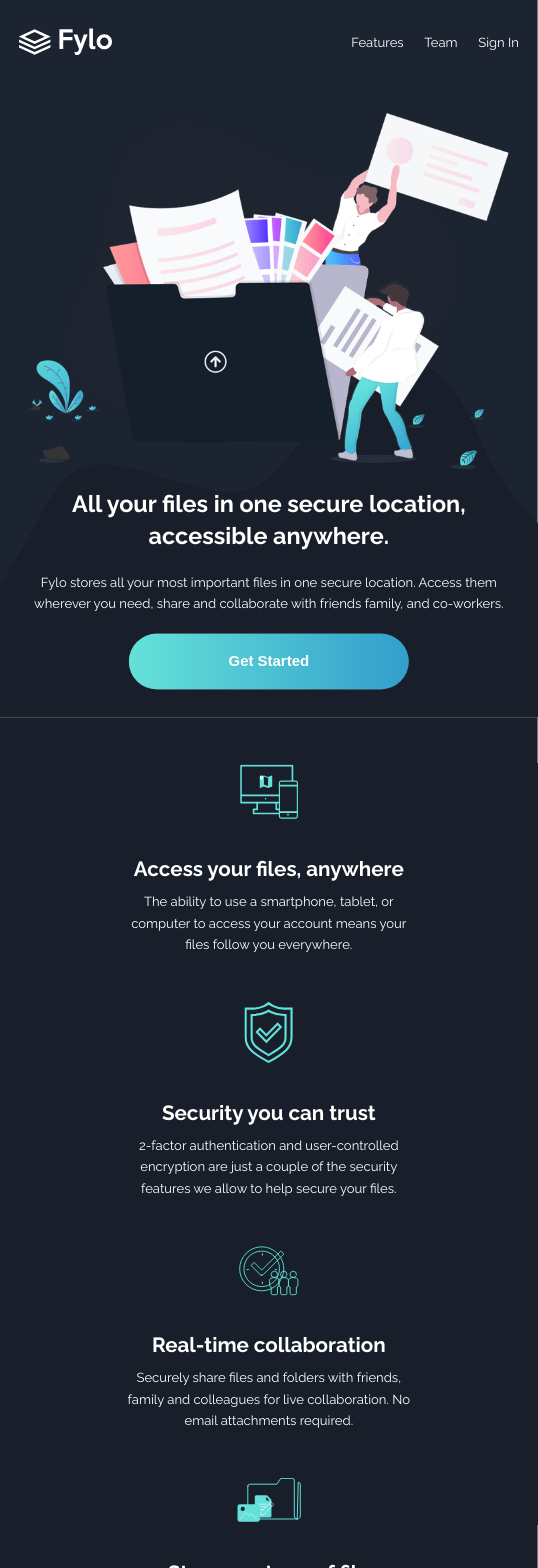
Repository: tomas938/fylo-dark-theme-landing-page-master
Page: index.html
The author's editor kept a copy of each file at every save. The page is drawn from the files as they stood at one save, then again after the next save.
The browser window is 768 px wide. The pictures show the part of the page from y = 0 to 2240 px (the page is 6111 px tall before and 4719 px after), at 70% of full size.
Some web libraries are served in a nearby version. The style sheet was rebuilt from its Sass, Less or Tailwind sources for each picture, by a compiler version that may differ from the author's.

Above is the page before, as saved 2021-08-05 20:13:03.

After the next save:
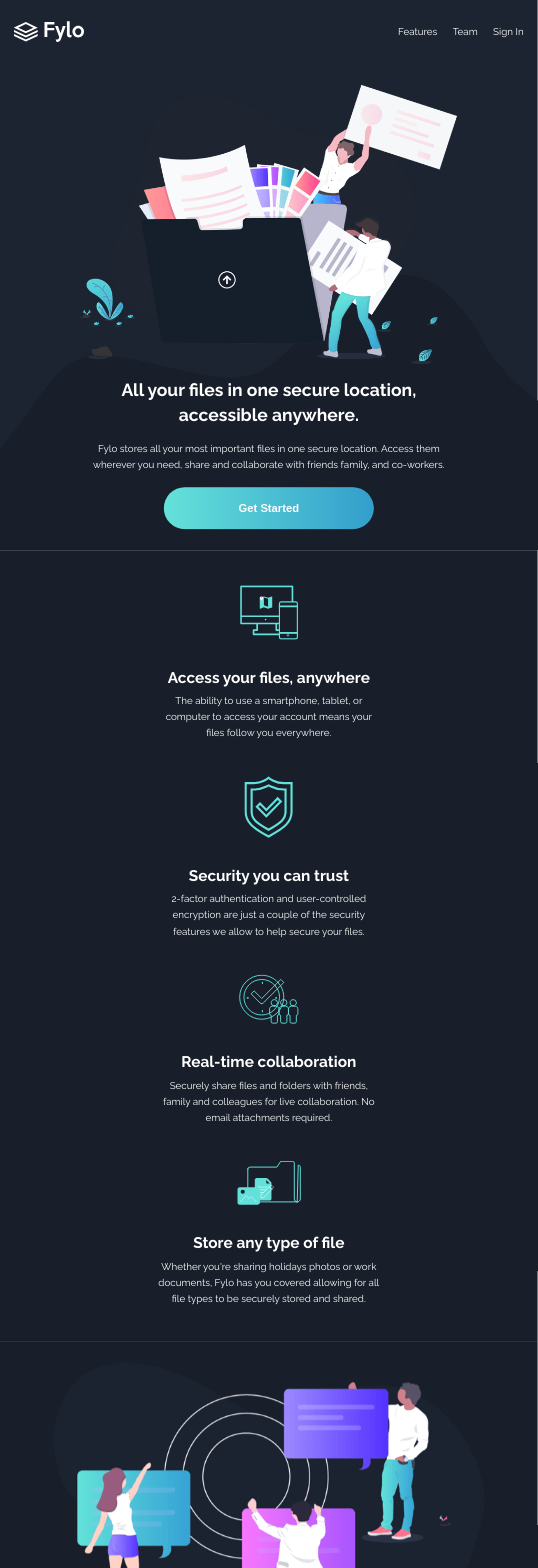
Saved 3 min 18 s later.
--- a/scss/_partials/_reset.scss
+++ b/scss/_partials/_reset.scss
@@ -15,9 +15,9 @@ html {
 	// @media only screen and (min-width: 1400px) {
 	// 	font-size: 83.5%;
 	// }
-	@media only screen and (max-width: 800px) {
-		font-size: 83.5%;
-	}
+	// @media only screen and (max-width: 800px) {
+	// 	font-size: 83.5%;
+	// }
 	@media only screen and (max-width: 600px) {
 		font-size: 63.5%;
 	}
